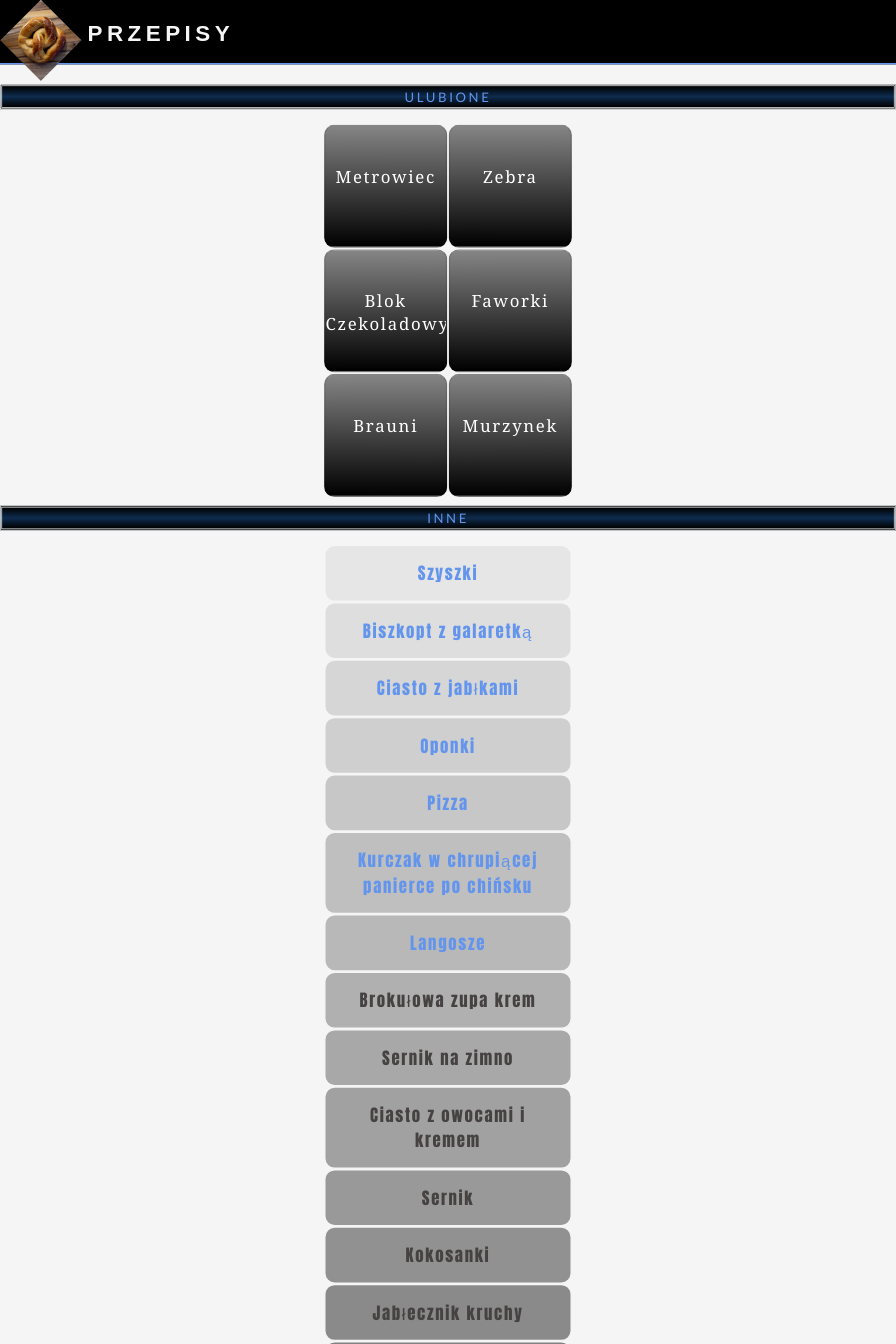
Repository: yaoayh/przepisy
Page: index.html
An editor plug-in stored every save of this project. The page is shown before and after a run of saves, followed by the edit.
The browser window is 1280 px wide. The pictures show the part of the page from y = 0 to 1920 px (the page is 3159 px tall), at 70% of full size.

Above is the page before, as saved 2020-08-14 00:37:36.

After the next 2 saves:
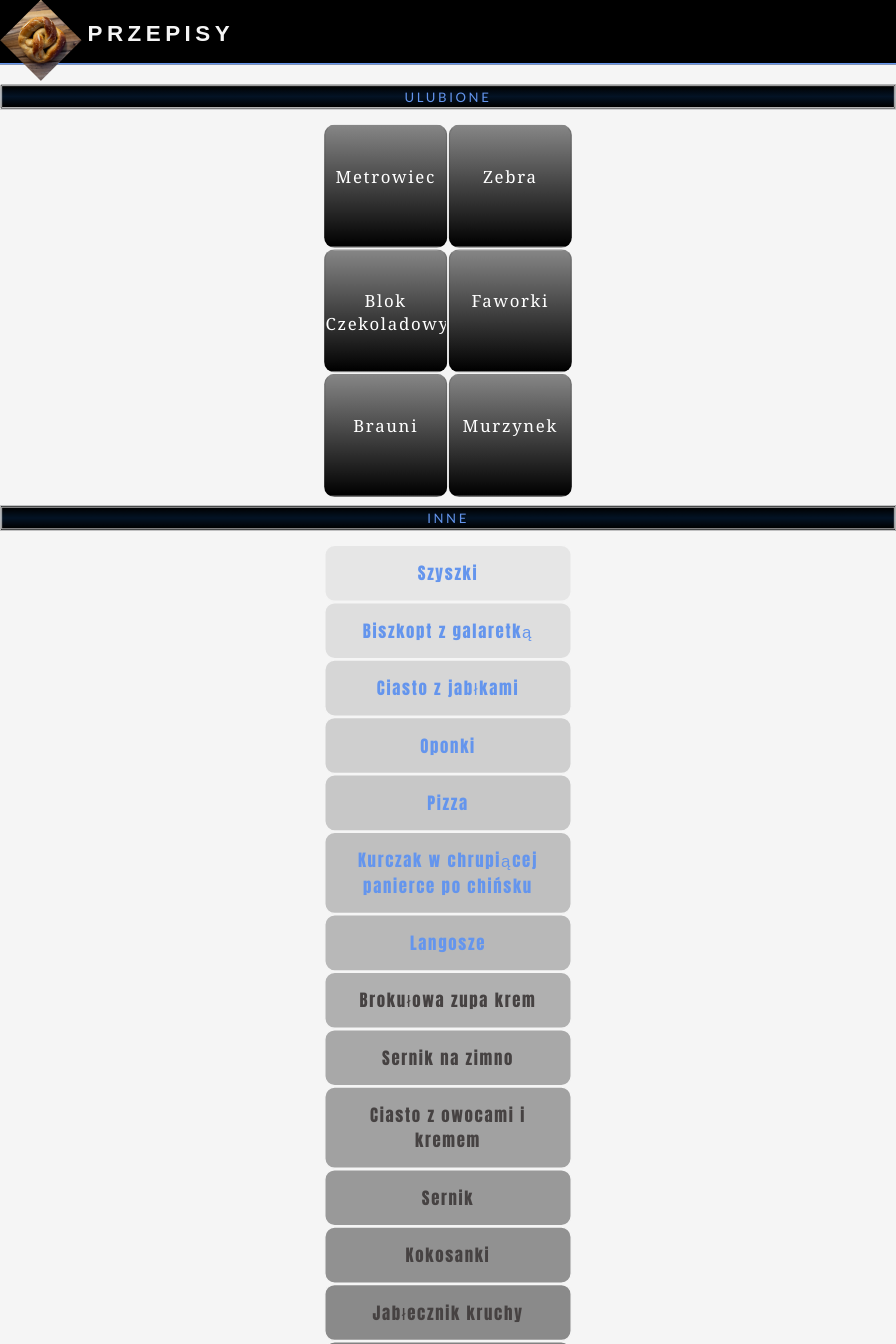
The 2 saves are shown as one change because they came seconds apart.
The last was saved 9 s later.
--- a/css/styles.css
+++ b/css/styles.css
@@ -43,7 +43,7 @@ form.main2{
     background-color: whitesmoke;
     padding: 5px;}
 .info_Nr1, .info_Nr2{
-    background-image: linear-gradient( black,rgb(14, 44, 78), black);
+    background-image: linear-gradient( black,rgb(3, 19, 37), black);
     border: 12px 12px 12px 12px;
     border-color: white;
     border-style: double;
